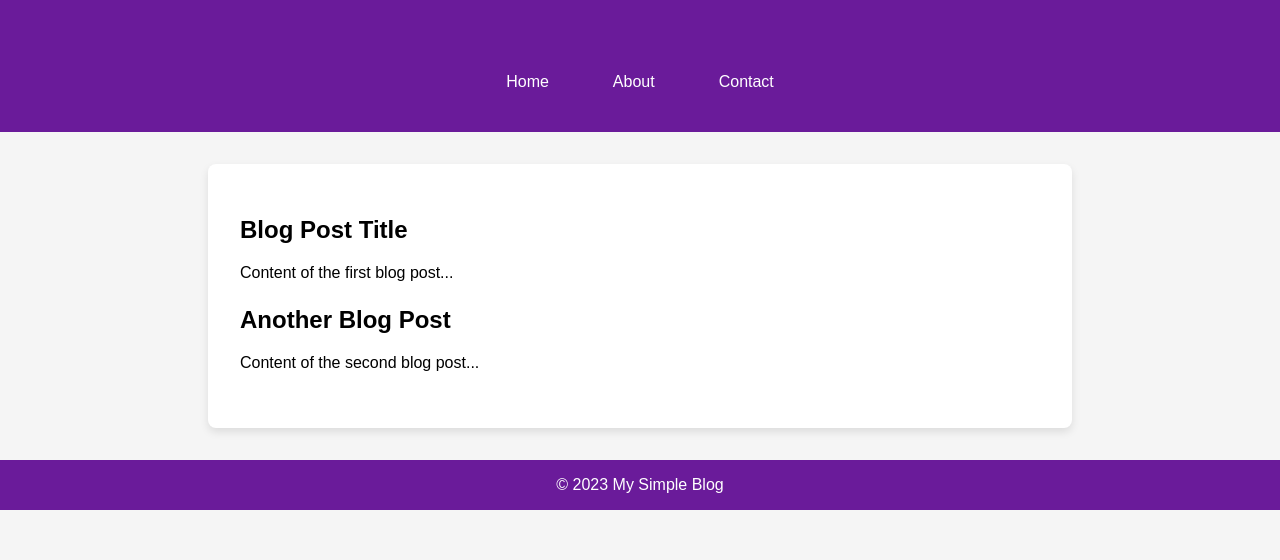
Repository: Femi007-gh/BLOG
Page: index.html
An editor plug-in stored every save of this project. The page is shown before and after a run of saves, followed by the edit.
The browser window is 1280 px wide. The pictures show the whole page.

Above is the page before, as saved 2025-01-08 09:21:46.

After the next 3 saves:
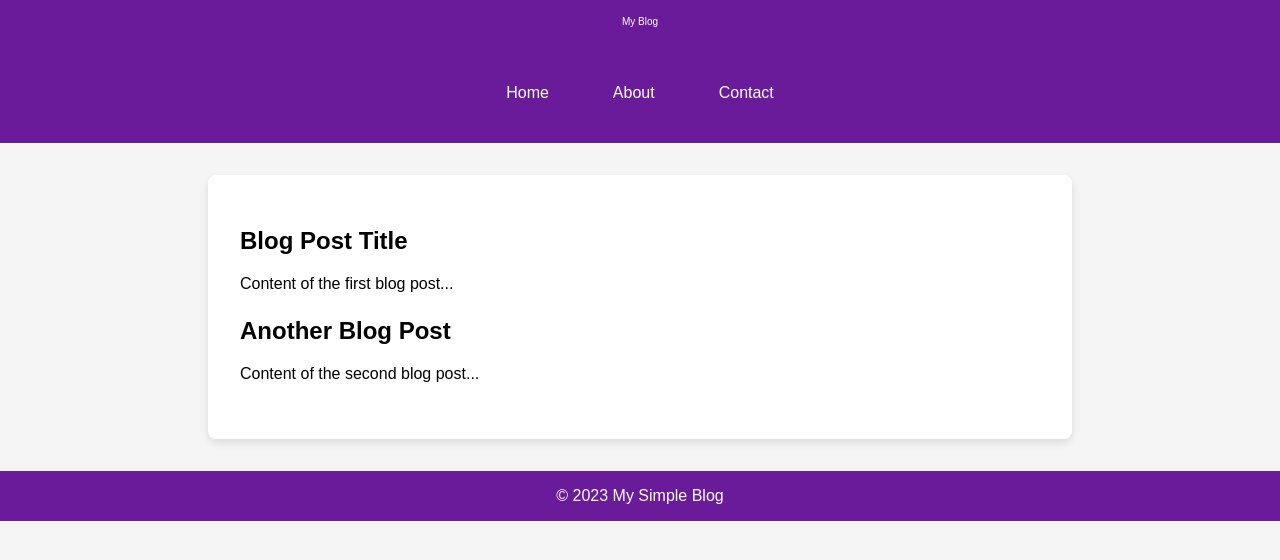
The 3 saves are shown as one change because they came seconds apart.
The last was saved 11 s later.
--- a/style.css
+++ b/style.css
@@ -9,7 +9,7 @@ header {
   color: white;
   text-align: center;
   padding: 1rem;
-  font-size: 0px;
+  font-size: 10px;
 }
 
 nav {
